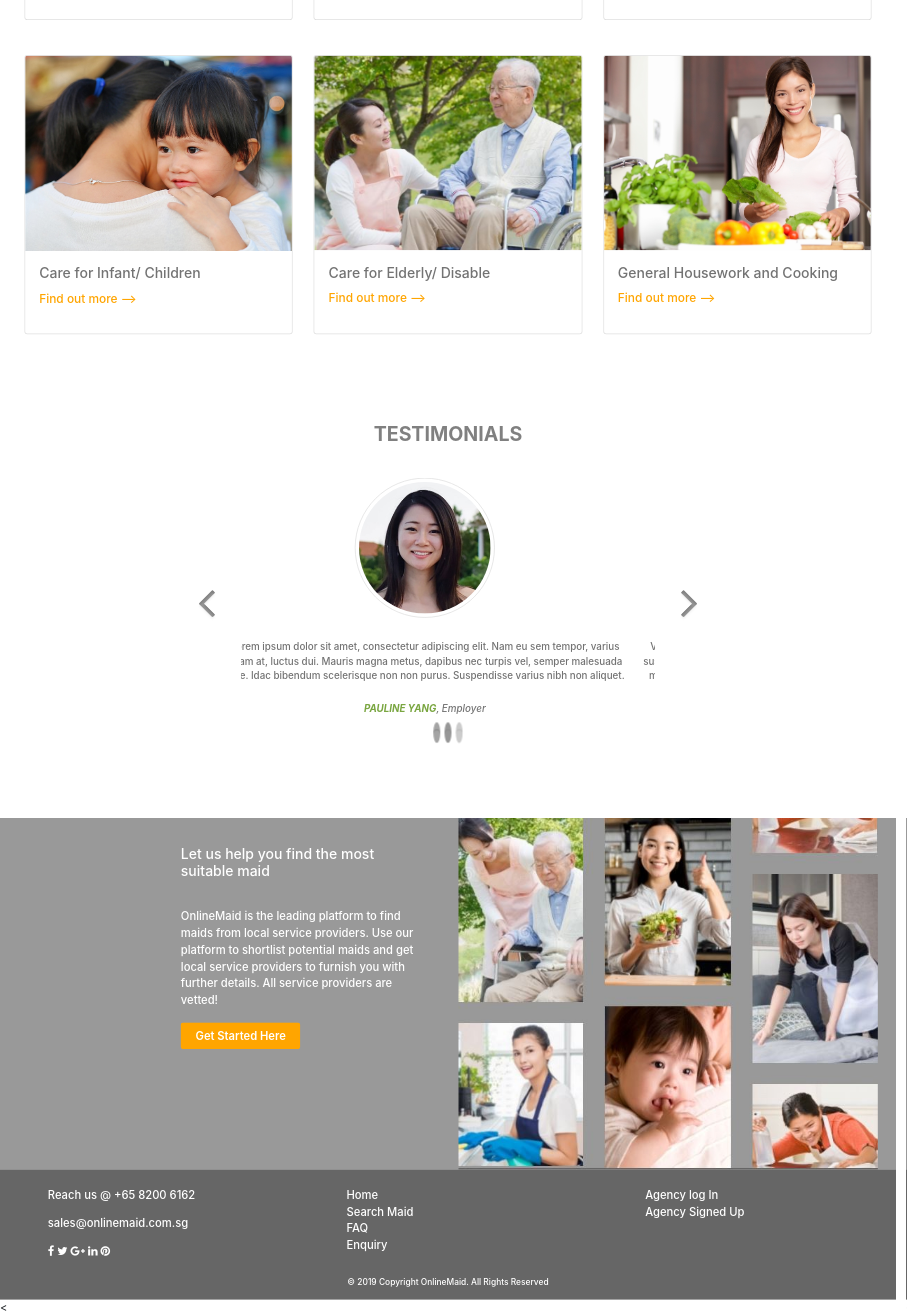
Repository: Code-Institute-Submissions/Project-1---Online-Maid
Page: index.html
The author's editor kept a record of every edit. The page is drawn from the files as they stood at one moment, then again after the next edit.
The browser window is 1280 px wide. The page is 1295 px wide, so the pictures cover 1295 px, including what lies to the right of the window. The pictures show the part of the page from y = 1442 to 3322 px (the page is 3322 px tall before and 3212 px after), at 70% of full size.
Some web libraries are served in a nearby version.

Above is the page before.

After the next edit:
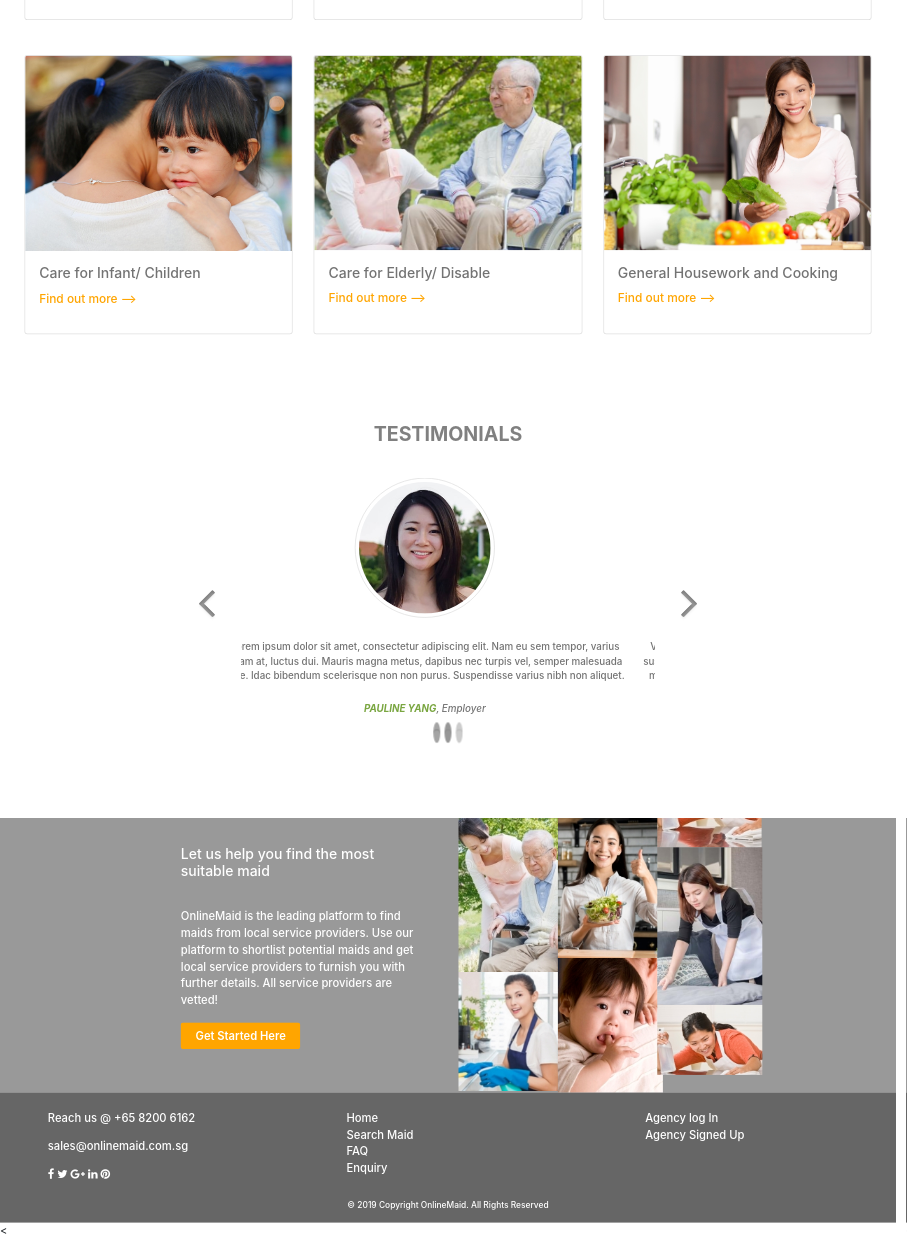
The edit:
--- a/index.html
+++ b/index.html
@@ -251,25 +251,25 @@
     </div>
 
     <div class="col-md-4">
-      <img class="img-responsive" src="images/enquiry-image.jpg" alt="Card image cap">
-      <!--<div class="row picture-container">-->
-
-      <!--  <div class="col-4 picture-col-1">-->
-      <!--    <img class="card-img-top-1" src="images/enquiry/1a.jpg" alt="Card image cap">-->
-      <!--    <img class="card-img-top-2" src="images/enquiry/2a.jpg" alt="Card image cap">-->
-      <!--  </div>-->
-
-      <!--  <div class="col-4 picture-col-2">-->
-      <!--    <img class="card-img-top-3" src="images/enquiry/3a.jpg" alt="Card image cap">-->
-      <!--    <img class="card-img-top-4" src="images/enquiry/4a.jpg" alt="Card image cap">-->
-      <!--  </div>-->
-
-      <!--  <div class="col-4 picture-col-3">-->
-      <!--    <img class="card-img-top-5" src="images/enquiry/5a.jpg" alt="Card image cap">-->
-      <!--    <img class="card-img-top-6" src="images/enquiry/6a.jpg" alt="Card image cap">-->
-      <!--    <img class="card-img-top-7" src="images/enquiry/7a.jpg" alt="Card image cap">-->
-      <!--  </div>-->
-      <!--</div>-->
+      <!--<img class="img-responsive" src="images/enquiry-image.jpg" alt="Card image cap">-->
+      <div class="row picture-container">
+
+        <div class="col-4 picture-col-1">
+          <img class="card-img-top-1" src="images/enquiry/1a.jpg" alt="Card image cap">
+          <img class="card-img-top-2" src="images/enquiry/2a.jpg" alt="Card image cap">
+        </div>
+
+        <div class="col-4 picture-col-2">
+          <img class="card-img-top-3" src="images/enquiry/3a.jpg" alt="Card image cap">
+          <img class="card-img-top-4" src="images/enquiry/4a.jpg" alt="Card image cap">
+        </div>
+
+        <div class="col-4 picture-col-3">
+          <img class="card-img-top-5" src="images/enquiry/5a.jpg" alt="Card image cap">
+          <img class="card-img-top-6" src="images/enquiry/6a.jpg" alt="Card image cap">
+          <img class="card-img-top-7" src="images/enquiry/7a.jpg" alt="Card image cap">
+        </div>
+      </div>
   </div>
 
     <div class="col-2"></div>
